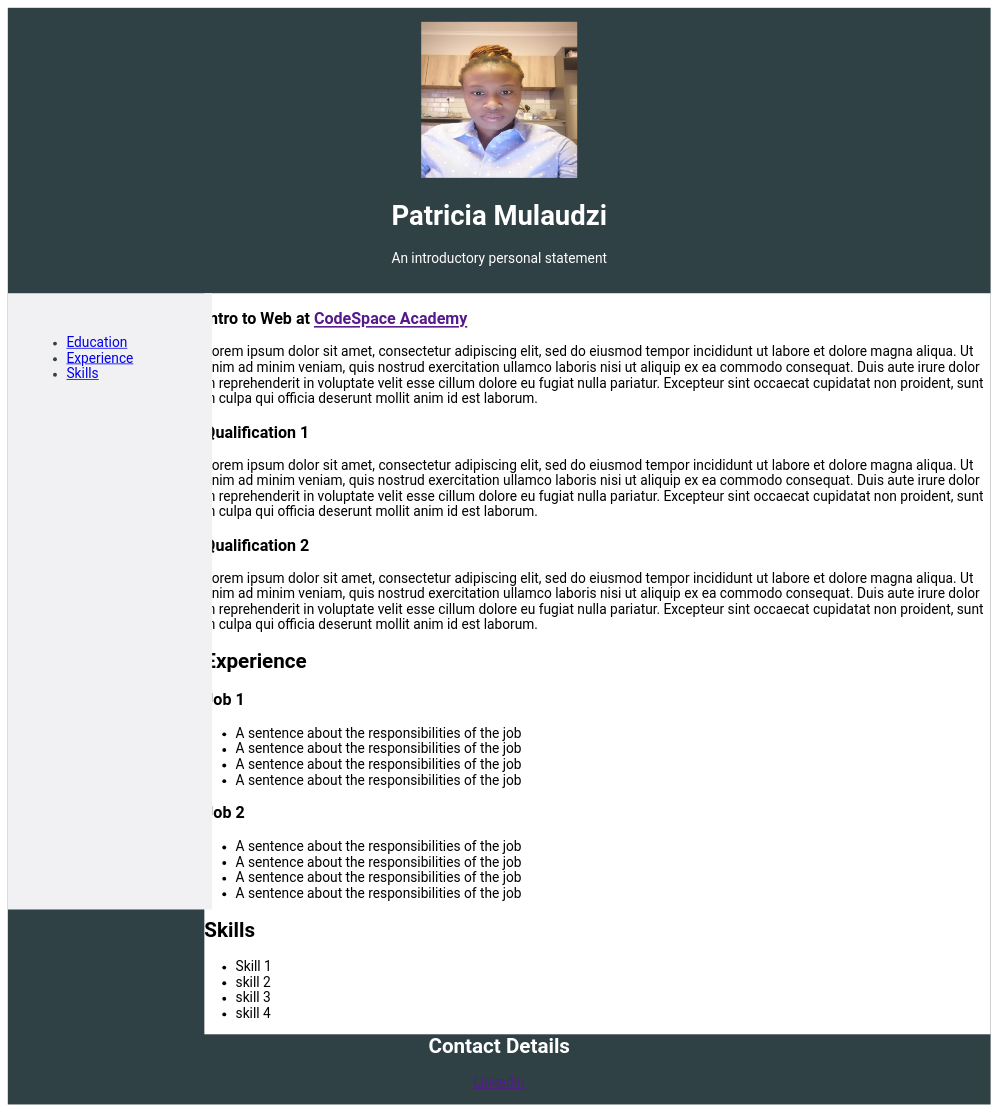
Repository: Patricious/Digital-Resume-01
Page: index.html
These files come from the project's save history. The page is drawn as it stood at one moment and after the next save; the edit follows.
The browser window is 1280 px wide. The pictures show the whole page, at 78% of full size.

Above is the page before, as saved 2021-08-23 10:45:25.

After the next save:
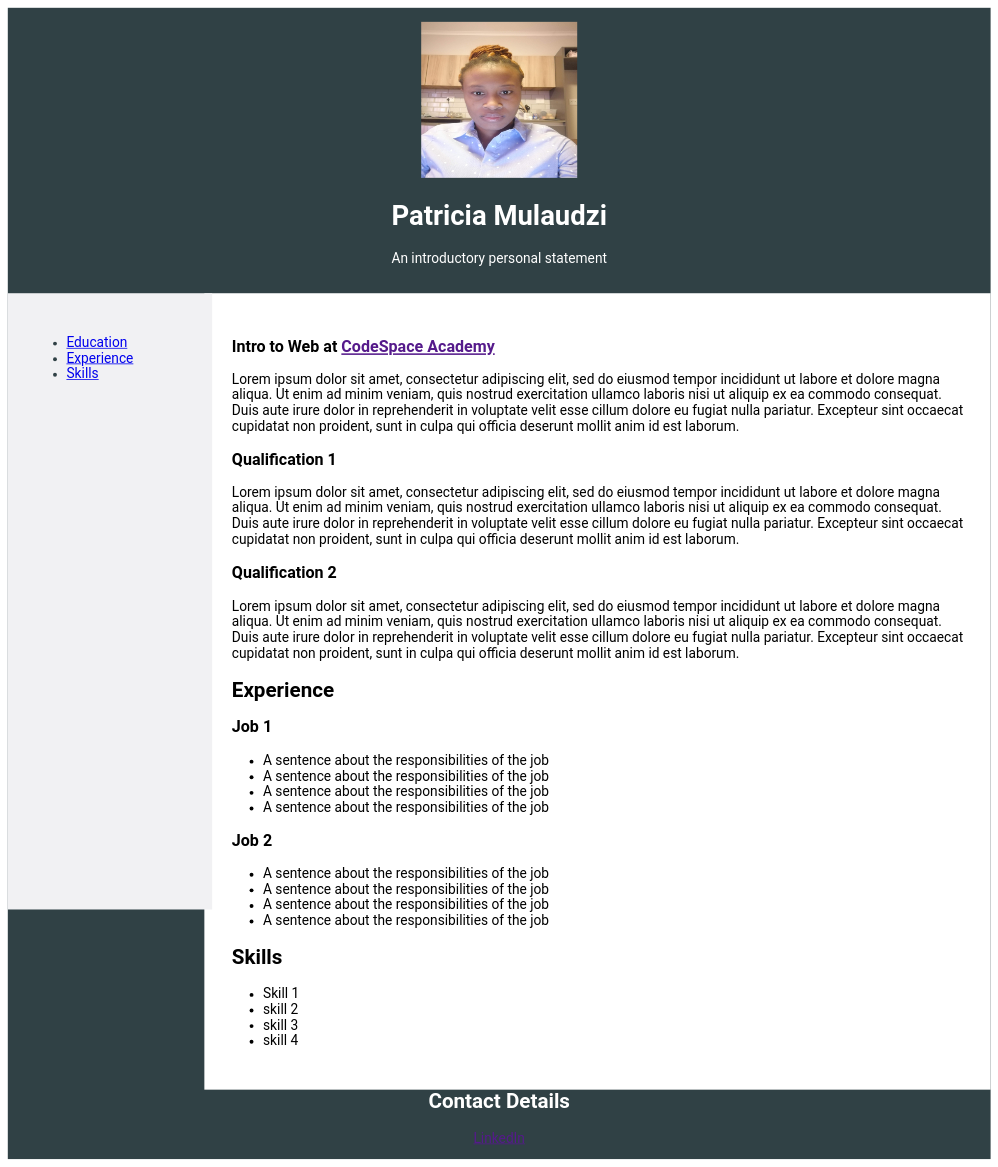
Saved 67 s later.
--- a/css/stylesheet.css
+++ b/css/stylesheet.css
@@ -28,6 +28,7 @@ section {
     margin-left: 20%;
     background-color: #ffffff;
     flex: 1 1 auto;
+    padding: 2em;
 }
 
 footer {
